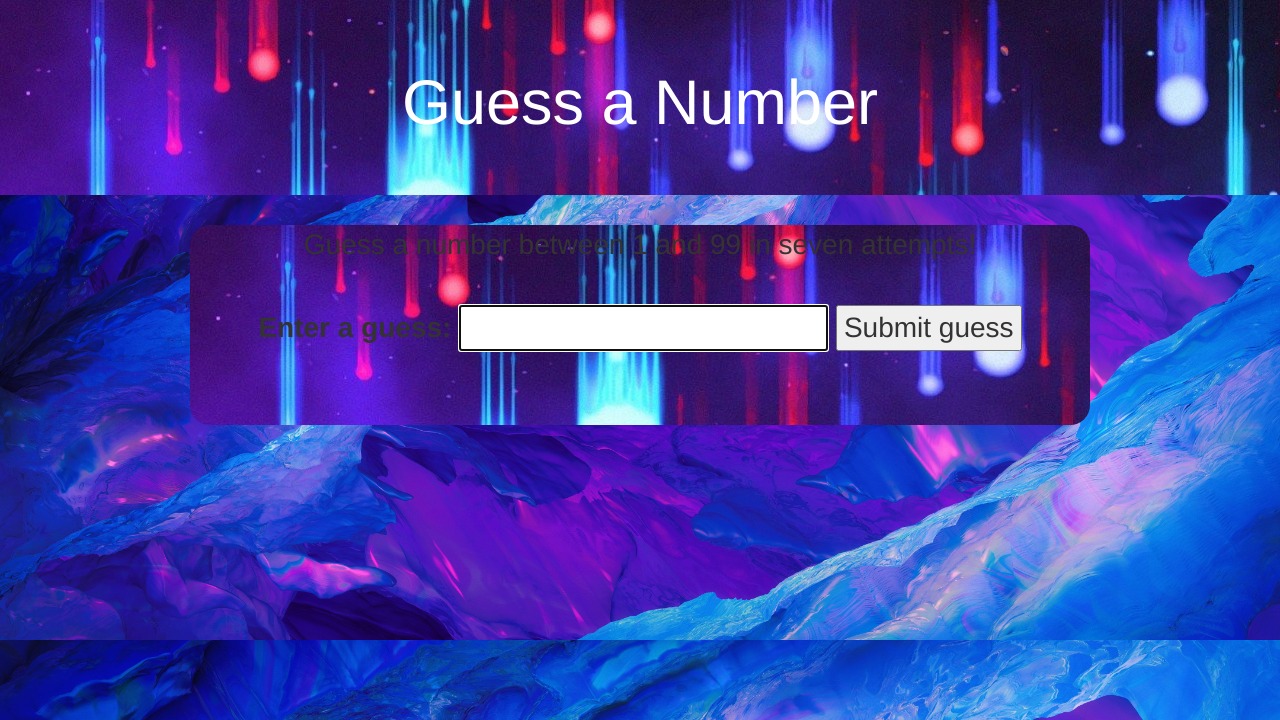
Repository: EricG831/a1
Page: a2/index.html
The author's editor kept a record of every edit. The page is drawn from the files as they stood at one moment, then again after the next edit.
The browser window is 1280 px wide. The pictures show the whole page.

Above is the page before.

### a2/index.html
<!DOCTYPE html>
<html>
    <head>
        <title> Guess a Letter </title>
        <meta charset="utf-8" />
        <script src="https://code.jquery.com/jquery.min.js"></script>

        <!--Bootstrap files-->
        <link rel="stylesheet" href="https://maxcdn.bootstrapcdn.com/bootstrap/3.3.7/css/bootstrap.min.css" integrity="sha384-BVYiiSIFeK1dGmJRAkycuHAHRg32OmUcww7on3RYdg4Va+PmSTsz/K68vbdEjh4u" crossorigin="anonymous">
        <script src="https://maxcdn.bootstrapcdn.com/bootstrap/3.3.7/js/bootstrap.min.js" integrity="sha384-Tc5IQib027qvyjSMfHjOMaLkfuWVxZxUPnCJA7l2mCWNIpG9mGCD8wGNIcPD7Txa" crossorigin="anonymous"></script>

        <!--Custom Styles-->
        <link href="css/styles.css" rel="stylesheet" type="text/css" />
    </head>
    <body>

        <div class="jumbotron">
            <h1>Guess a Number</h1>
        </div>

        <div id="directions" class= "resultParas">
            Guess a number between 1 and 99 in seven attempts!

            <br><br>
            <label for="guessField">Enter a guess: </label>
            <input type="text" id="guessField" class="guessField">
            <input type="submit" value="Submit guess" class="guessSubmit">

            </br></br>
            <p id="guesses"></p>
            <p id="lastResult"></p>
            <p id="lowOrHi"></p>
            <button id='reset'>Reset</button>

        </div>
        <script SRC="js/function.js"></script>
    </body>
</html>

### a2/css/styles.css
body{
    text-align:center;
    background-image: url("../img/bg.jpg");
    background-size: cover;
}

#guesses{
    color: white;
}

#lastResult{
    color: white;
}

#guessField{
    color: blue;
}

.jumbotron {
    background-image: url("../img/cg.jpg");
    color: white;
}

#directions {
    background-image: url("../img/cg.jpg");
    font-size: 2em;
    width:900px;
    height:200px;
    margin:0 auto;
    border-radius:20px;

}

#sub{
    color: white;
}

#title{
    color: white;
}
#reset{
        background-color:yellow;
}

#consonantOrVowel{
    color: orange;
}

#myButton {
	box-shadow:inset 0px 1px 0px 0px #cf866c;
	background:linear-gradient(to bottom, #d0451b 5%, #bc3315 100%);
	background-color:#d0451b;
	border-radius:3px;
	border:1px solid #942911;
	display:inline-block;
	cursor:pointer;
	color:#ffffff;
	font-family:Arial;
	font-size:13px;
	padding:6px 24px;
	text-decoration:none;
	text-shadow:0px 1px 0px #854629;
}
#myButton:hover {
	background:linear-gradient(to bottom, #bc3315 5%, #d0451b 100%);
	background-color:#bc3315;
}
#myButton:active {
	position:relative;
	top:1px;
}

### a2/js/function.js
var randomChar = rLetter();
var guesses = document.querySelector('#guesses');
var lastResult = document.querySelector('#lastResult');
var consonantOrVowel = document.querySelector('#consonantOrVowel');

var guessSubmit = document.querySelector('.guessSubmit');
var guessField = document.querySelector('.guessField');

var guessCount = 1;
var resetButton = document.querySelector('#reset');
resetButton.style.display = 'none';
guessField.focus();

function checkRandLetterType(){
    var vowel = "vowel";
    var consonant = "consonant";
    if(randomChar == 'a' || randomChar == 'e' || randomChar == 'i' || randomChar == 'o' || randomChar == 'u'){
        return vowel;
    }
    return consonant;
}

function rLetter() {
    return String.fromCharCode(Math.floor(Math.random() * (122 - 97)) + 97);
}

function checkGuess() {
    var userGuess = (guessField.value);
    if (guessCount === 1) {
        guesses.innerHTML = 'Previous guesses: ';
    }
    guesses.innerHTML += userGuess + ' ';

    if (userGuess === randomChar) {
        lastResult.innerHTML = 'Congratulations! You got it right!';
        lastResult.style.backgroundColor = 'green';
        consonantOrVowel.innerHTML = '';
        setGameOver();
    }
    else if (guessCount === 10) {
        lastResult.innerHTML = 'Sorry, you lost!';
        setGameOver();
    }
    else {
        lastResult.innerHTML = 'Wrong!';
        lastResult.style.backgroundColor = 'red';
        if (guessCount > 5) {
            consonantOrVowel.innerHTML = 'Hint! letter is a ' + checkRandLetterType();
        }
    }

    guessCount++;
    guessField.value = '';
    guessField.focus();
}

guessSubmit.addEventListener('click', checkGuess);

function setGameOver() {
    guessField.disabled = true;
    guessSubmit.disabled = true;
    resetButton.style.display = 'inline';
    resetButton.addEventListener('click', resetGame);
}

function resetGame() {
    guessCount = 1;

    var resetParas = document.querySelectorAll('.resultParas p');
    for (var i = 0; i < resetParas.length; i++) {
        resetParas[i].textContent = '';
    }

    resetButton.style.display = 'none';

    guessField.disabled = false;
    guessSubmit.disabled = false;
    guessField.value = '';
    guessField.focus();

    lastResult.style.backgroundColor = 'white';

    randomChar = rLetter();
}

After the next edit:
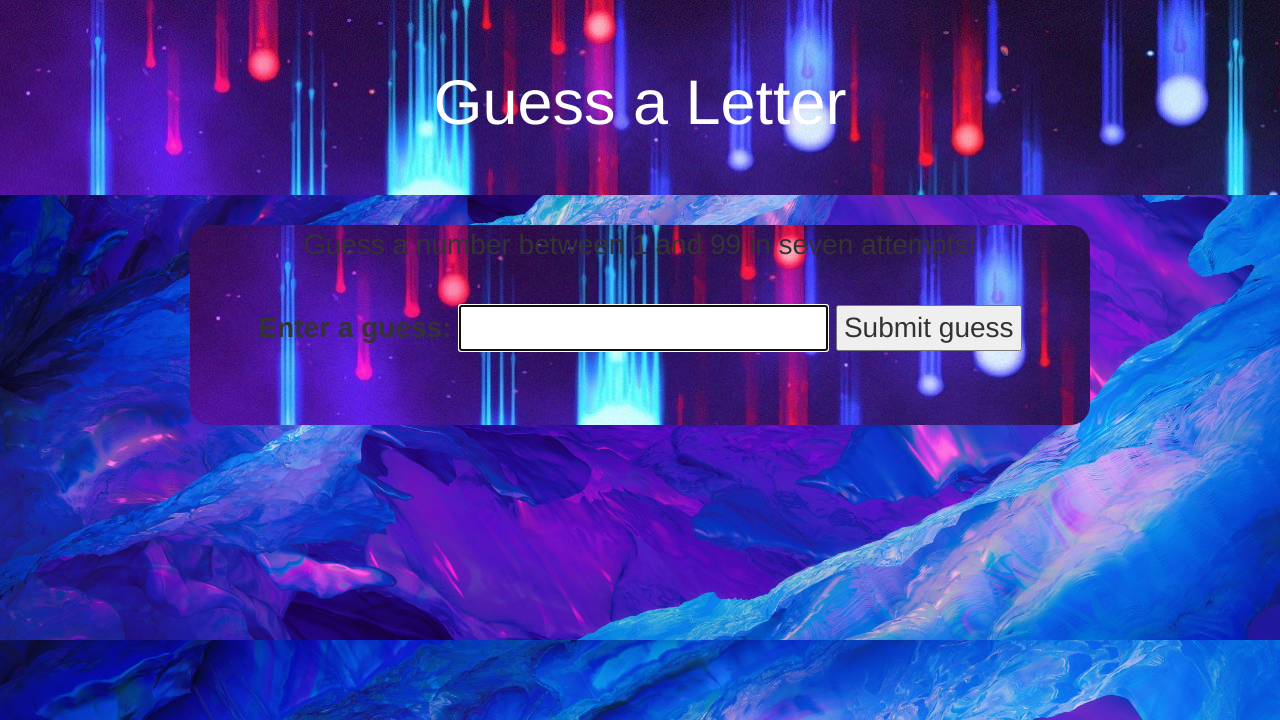
The edit:
--- a/a2/index.html
+++ b/a2/index.html
@@ -15,7 +15,7 @@
     <body>
 
         <div class="jumbotron">
-            <h1>Guess a Number</h1>
+            <h1>Guess a Letter</h1>
         </div>
 
         <div id="directions" class= "resultParas">
